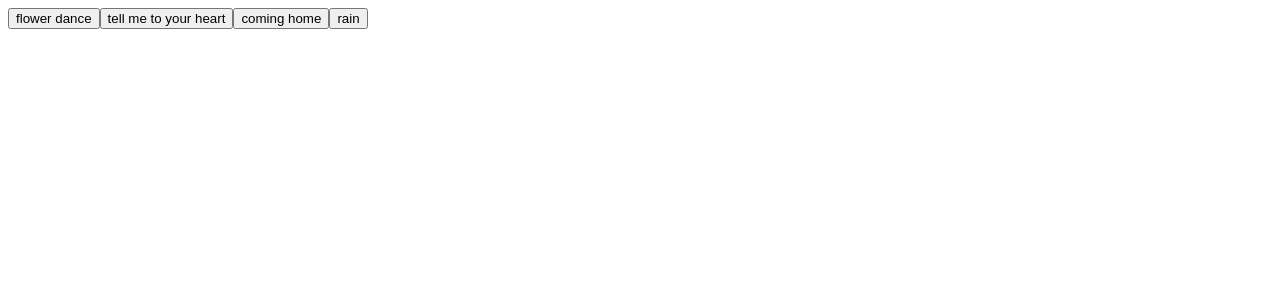
Repository: CodeHuai/vue_note
Page: 组件化/父子组件之间的通信/子传父demo.html
These files come from the project's save history. The page is drawn as it stood at one moment and after a run of saves; the edit follows.
The browser window is 1280 px wide. The pictures show the whole page.

Above is the page before, as saved 2021-07-06 20:39:42.

### 组件化/父子组件之间的通信/子传父demo.html
<!DOCTYPE html>
<html lang="en">

<head>
    <meta charset="UTF-8">
    <meta http-equiv="X-UA-Compatible" content="IE=edge">
    <meta name="viewport" content="width=device-width, initial-scale=1.0">
    <title>Document</title>
    <link rel="shortcut icon" href="../../logo.svg" type="image/x-icon">
</head>

<body>
    <div id="app">
        <cpn></cpn>
    </div>

    <template id="cpn">
        <div>
            <button v-for='(item, index) in info' :key="item.id" @clilck='btn-click'>{{item.title}}</button>
        </div>
    </template>
    <script src="../../js/vue.js"></script>
    <script>
        const cpn = {
            template: '#cpn',
            data() {
                return {
                    info: [{
                            id: 1,
                            title: 'flower dance'
                        },
                        {
                            id: 2,
                            title: 'tell me to your heart'
                        },
                        {
                            id: 3,
                            title: 'coming home'
                        },
                        {
                            id: 4,
                            title: 'rain'
                        }
                    ]
                }
            },
            methods: {

            }
        }

        const app = new Vue({
            el: '#app',
            data: {

            },
            methods: {

            },
            components: {
                cpn
            }
        });
    </script>
</body>

</html>

Loaded but not shown: js/vue.js (library)

After the next 2 saves:
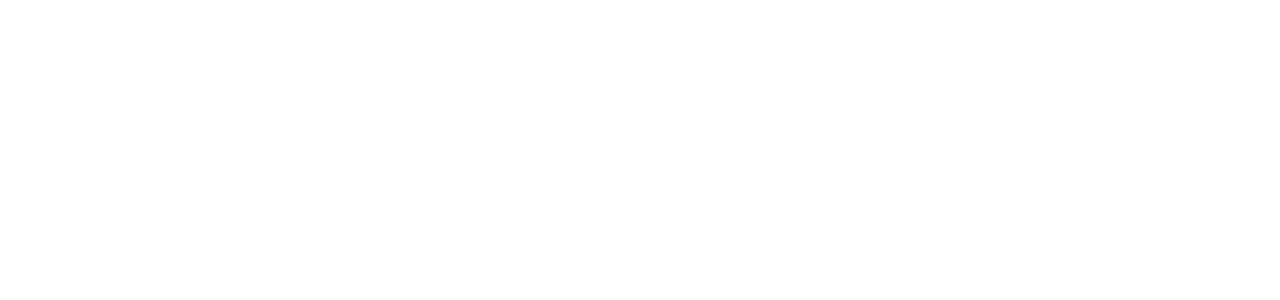
Console error: ReferenceError: btnclick is not defined
The 2 saves are shown as one change because they came seconds apart.
The last was saved 16 s later.
--- a/组件化/父子组件之间的通信/子传父demo.html
+++ b/组件化/父子组件之间的通信/子传父demo.html
@@ -16,7 +16,7 @@
 
     <template id="cpn">
         <div>
-            <button v-for='(item, index) in info' :key="item.id" @clilck='btn-click'>{{item.title}}</button>
+            <button v-for='(item, index) in info' :key="item.id" @clilck='btnclick'>{{item.title}}</button>
         </div>
     </template>
     <script src="../../js/vue.js"></script>
@@ -45,7 +45,7 @@
                 }
             },
             methods: {
-
+                btnclick
             }
         }
 

After the save that followed:
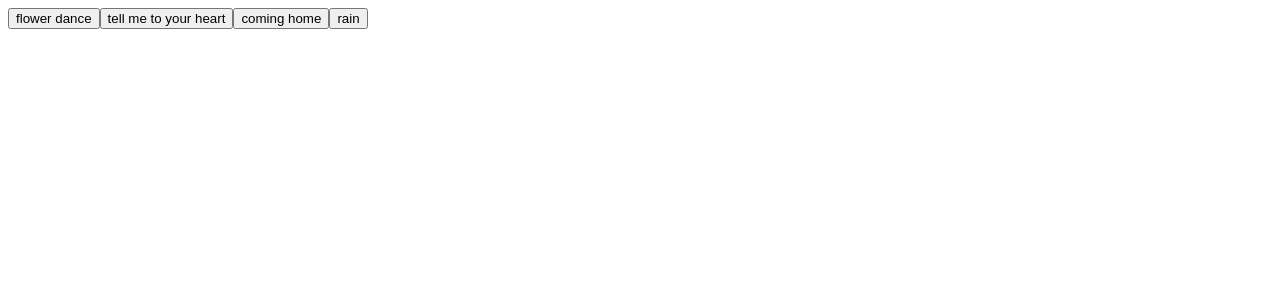
The error is gone.
Saved 12 s later.
--- a/组件化/父子组件之间的通信/子传父demo.html
+++ b/组件化/父子组件之间的通信/子传父demo.html
@@ -16,7 +16,7 @@
 
     <template id="cpn">
         <div>
-            <button v-for='(item, index) in info' :key="item.id" @clilck='btnclick'>{{item.title}}</button>
+            <button v-for='(item, index) in info' :key="item.id" @clilck='btnclick(item)'>{{item.title}}</button>
         </div>
     </template>
     <script src="../../js/vue.js"></script>
@@ -45,7 +45,9 @@
                 }
             },
             methods: {
-                btnclick
+                btnclick() {
+
+                }
             }
         }
 
